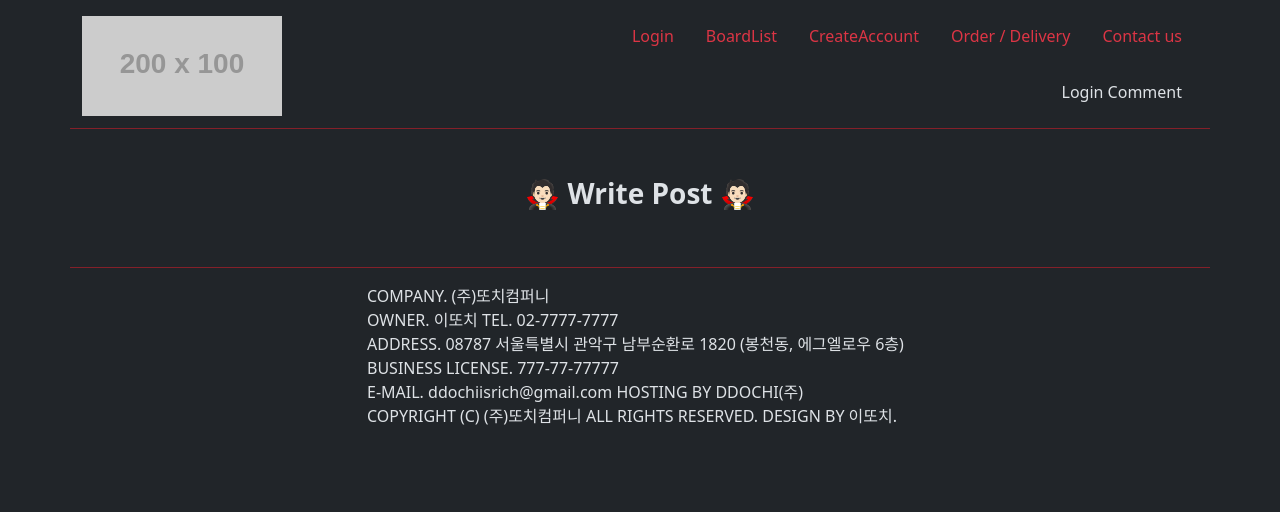
Repository: ddochiisrich/Ddochi-Web
Page: http://localhost/JSPClassCh06/writeForm
An editor plug-in stored every save of this project. The page is shown before and after the next save, followed by the edit.
The browser window is 1280 px wide. The pictures show the whole page.
The page is served by Tomcat 9.

Above is the page before, as saved 2024-04-11 03:14:33.

After the next save:
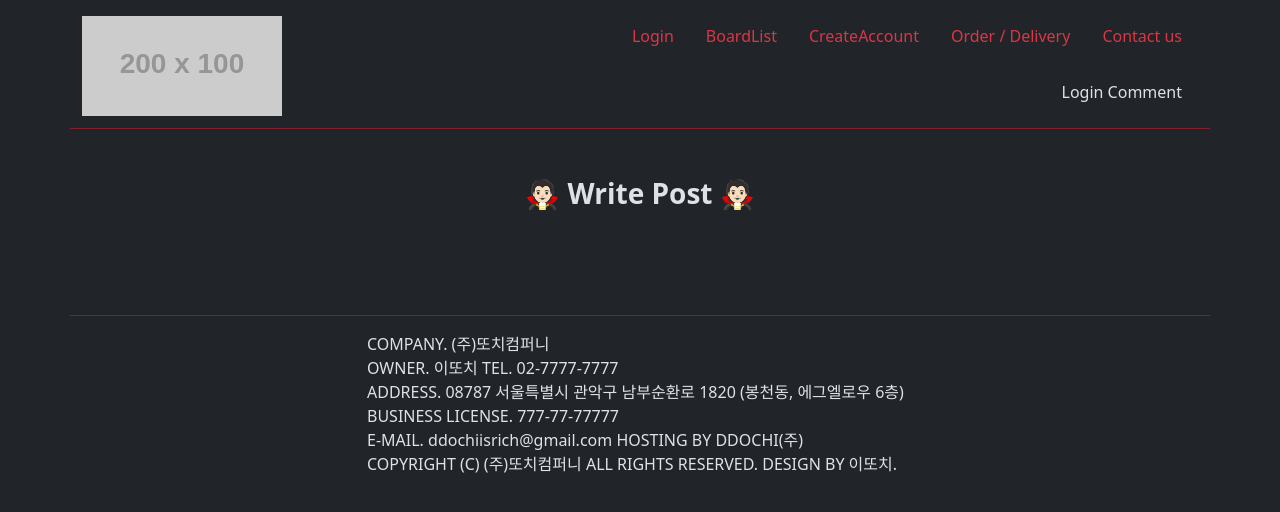
Saved 104 s later.
--- a/JSPClassCh06/src/main/webapp/WEB-INF/board/writeForm.jsp
+++ b/JSPClassCh06/src/main/webapp/WEB-INF/board/writeForm.jsp
@@ -24,6 +24,9 @@
 				<H1 class="text-center fw-bold fs-3">🧛🏻 Write Post 🧛🏻</H1>
 			</div>
 		</div>
+		<form name="writeForm" id="writeForm" action="writeProcess" method="post" class="row border-danger">
+
+		</form>
 
 
 		<!-- footer start -->
